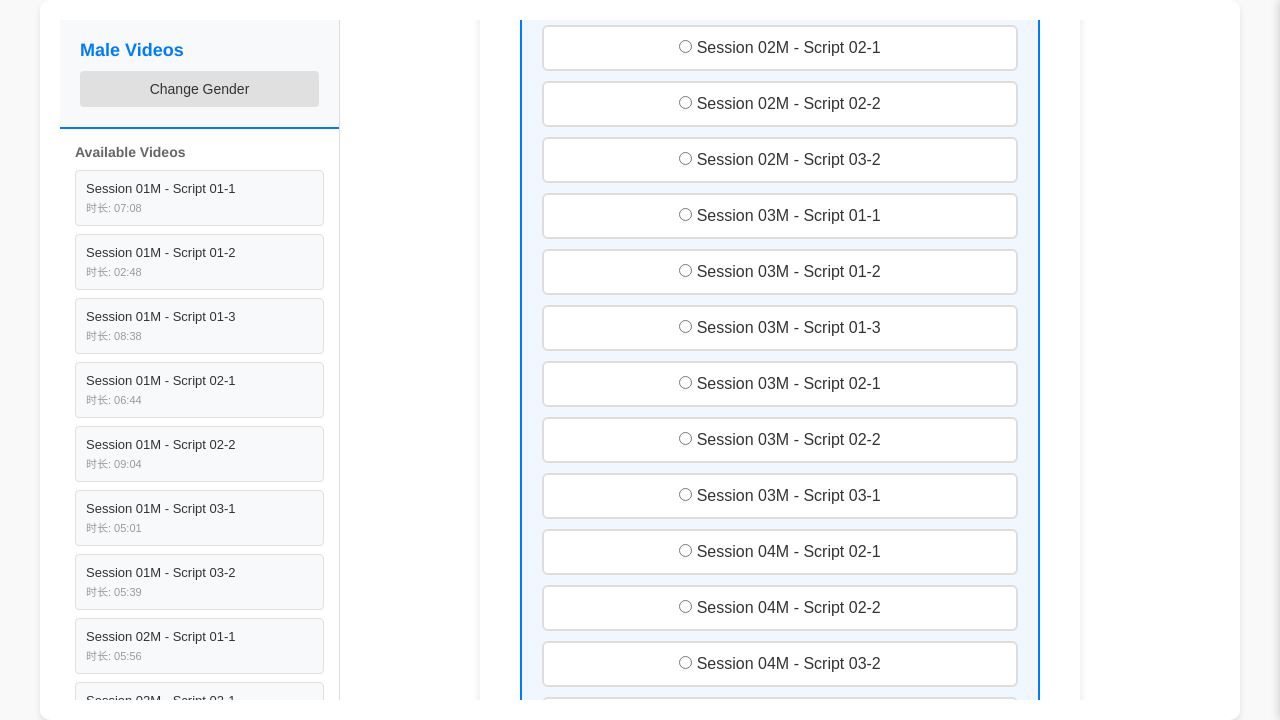
Repository: Matsuyou-Wang/MPES-system
Page: annotation.html
The author's editor kept a copy of each file at every save. The page is drawn from the files as they stood at one save, then again after the next save.
The browser window is 1280 px wide. The pictures show the whole page.
An inner scrolling area shows only its first screen.

Above is the page before, as saved 2025-11-25 13:27:17.

### annotation.html
<!DOCTYPE html>
<html lang="en">
<head>
    <meta charset="UTF-8">
    <meta name="viewport" content="width=device-width, initial-scale=1.0">
    <title>Empathy Assessment System - Video Rating</title>
    <link rel="stylesheet" href="styles.css">
</head>
<body>
    <div class="container">
        <!-- Sidebar: Video Library -->
        <aside class="sidebar">
            <div class="sidebar-header">
                <h2 id="genderTitle">Video Library</h2>
                <button id="changeGenderBtn" class="btn btn-secondary" style="margin-top: 10px; width: 100%;">Change Gender</button>
            </div>
            <div class="video-library">
                <h3>Available Videos</h3>
                <ul id="videoList" class="video-list">
                    <!-- Videos loaded dynamically -->
                </ul>
            </div>
        </aside>

        <!-- Main Content Area -->
        <main class="main-content">
            <!-- Initial Selection View -->
            <div id="selectionView" class="view active">
                <div class="welcome-box">
                    <h1>Empathy Assessment System</h1>
                    <p>Please select a video from the library on the left to start annotating</p>

                    <div class="video-selection-panel">
                        <h3>Quick Select Video</h3>
                        <div id="quickVideoList" class="quick-video-list">
                            <!-- Videos loaded dynamically here -->
                        </div>
                        <button id="startBtn" class="btn btn-primary" disabled>Start Annotation</button>
                    </div>

                    <div class="info-box">
                        <h3>Annotation Instructions</h3>
                        <ul>
                            <li>The video will pause automatically at key points</li>
                            <li>You will need to fill out a rating form for each segment</li>
                            <li>Rate the second speaker's empathy on 9 dimensions (1 = Not at all, 7 = Extensively)</li>
                            <li>After completion, you can continue playing or modify previous ratings</li>
                        </ul>
                    </div>
                </div>
            </div>

            <!-- Video Playing and Annotation View -->
            <div id="annotationView" class="view">
                <!-- Left: Video List Panel -->
                <div class="annotation-left-panel">
                    <h3>Video List</h3>
                    <ul id="annotationVideoList" class="annotation-video-list">
                        <!-- Videos loaded dynamically -->
                    </ul>
                </div>

                <!-- Center: Video Player -->
                <div class="annotation-center-panel">
                    <div class="video-player-container">
                        <video id="videoPlayer" class="video-player">
                            <source src="" type="video/mp4">
                            Your browser does not support video playback
                        </video>
                        <div class="video-controls">
                            <button id="playBtn" class="control-btn">Play</button>
                            <button id="pauseBtn" class="control-btn">Pause</button>
                            <span id="currentTime" class="time-display">00:00</span>
                            <span class="time-separator">/</span>
                            <span id="duration" class="time-display">00:00</span>
                            <div class="progress-bar">
                                <div id="progress" class="progress-fill"></div>
                            </div>
                        </div>
                    </div>
                </div>

                <!-- Right: Annotation History Panel -->
                <div class="annotation-right-panel">
                    <h3>Annotation Progress</h3>
                    <div id="historyList" class="history-list">
                        <!-- Annotation records added dynamically -->
                    </div>
                </div>
            </div>
        </main>
    </div>

    <!-- Annotation Questionnaire Modal -->
    <div id="annotationModal" class="modal">
        <div class="modal-content">
            <div class="modal-header">
                <h2>Annotation Form</h2>
                <span class="close-btn">&times;</span>
            </div>

            <div class="modal-body">
                <div class="timestamp-info">
                    <p>Video time: <span id="modalTimestamp">00:00</span></p>
                </div>

                <!-- Empathy Assessment Section -->
                <div class="scale-section">
                    <p class="section-description">Please rate the second speaker on each dimension below on a scale from 1 (Not at all) to 7 (Extensively).</p>

                    <!-- Question 1: Concern -->
                    <div class="empathy-question">
                        <p>The second speaker shows genuine concern and interest in the first speaker's situation and well-being.</p>
                        <div class="likert-scale">
                            <label><input type="radio" name="concern" value="1"> 1 - Not at all</label>
                            <label><input type="radio" name="concern" value="2"> 2 - A little</label>
                            <label><input type="radio" name="concern" value="3"> 3 - Infrequently</label>
                            <label><input type="radio" name="concern" value="4"> 4 - Somewhat</label>
                            <label><input type="radio" name="concern" value="5"> 5 - Quite a bit</label>
                            <label><input type="radio" name="concern" value="6"> 6 - Considerably</label>
                            <label><input type="radio" name="concern" value="7"> 7 - Extensively</label>
                        </div>
                    </div>

                    <!-- Question 2: Expressiveness -->
                    <div class="empathy-question">
                        <p>The second speaker uses vocal tone, energy, and pacing that fit the first speaker's emotional state.</p>
                        <div class="likert-scale">
                            <label><input type="radio" name="expressiveness" value="1"> 1 - Not at all</label>
                            <label><input type="radio" name="expressiveness" value="2"> 2 - A little</label>
                            <label><input type="radio" name="expressiveness" value="3"> 3 - Infrequently</label>
                            <label><input type="radio" name="expressiveness" value="4"> 4 - Somewhat</label>
                            <label><input type="radio" name="expressiveness" value="5"> 5 - Quite a bit</label>
                            <label><input type="radio" name="expressiveness" value="6"> 6 - Considerably</label>
                            <label><input type="radio" name="expressiveness" value="7"> 7 - Extensively</label>
                        </div>
                    </div>

                    <!-- Question 3: Emotional Resonance -->
                    <div class="empathy-question">
                        <p>The second speaker sensitively reflects the intensity of the first speaker's emotions.</p>
                        <div class="likert-scale">
                            <label><input type="radio" name="emotional_resonance" value="1"> 1 - Not at all</label>
                            <label><input type="radio" name="emotional_resonance" value="2"> 2 - A little</label>
                            <label><input type="radio" name="emotional_resonance" value="3"> 3 - Infrequently</label>
                            <label><input type="radio" name="emotional_resonance" value="4"> 4 - Somewhat</label>
                            <label><input type="radio" name="emotional_resonance" value="5"> 5 - Quite a bit</label>
                            <label><input type="radio" name="emotional_resonance" value="6"> 6 - Considerably</label>
                            <label><input type="radio" name="emotional_resonance" value="7"> 7 - Extensively</label>
                        </div>
                    </div>

                    <!-- Question 4: Warmth -->
                    <div class="empathy-question">
                        <p>The second speaker speaks in a warm, sincere, and supportive manner toward the first speaker.</p>
                        <div class="likert-scale">
                            <label><input type="radio" name="warmth" value="1"> 1 - Not at all</label>
                            <label><input type="radio" name="warmth" value="2"> 2 - A little</label>
                            <label><input type="radio" name="warmth" value="3"> 3 - Infrequently</label>
                            <label><input type="radio" name="warmth" value="4"> 4 - Somewhat</label>
                            <label><input type="radio" name="warmth" value="5"> 5 - Quite a bit</label>
                            <label><input type="radio" name="warmth" value="6"> 6 - Considerably</label>
                            <label><input type="radio" name="warmth" value="7"> 7 - Extensively</label>
                        </div>
                    </div>

                    <!-- Question 5: Attunement -->
                    <div class="empathy-question">
                        <p>The second speaker notices and responds to subtle changes in the first speaker's mood, meaning, or emotional cues.</p>
                        <div class="likert-scale">
                            <label><input type="radio" name="attunement" value="1"> 1 - Not at all</label>
                            <label><input type="radio" name="attunement" value="2"> 2 - A little</label>
                            <label><input type="radio" name="attunement" value="3"> 3 - Infrequently</label>
                            <label><input type="radio" name="attunement" value="4"> 4 - Somewhat</label>
                            <label><input type="radio" name="attunement" value="5"> 5 - Quite a bit</label>
                            <label><input type="radio" name="attunement" value="6"> 6 - Considerably</label>
                            <label><input type="radio" name="attunement" value="7"> 7 - Extensively</label>
                        </div>
                    </div>

                    <!-- Question 6: Cognitive Understanding -->
                    <div class="empathy-question">
                        <p>The second speaker accurately understands what the first speaker is thinking and restates it clearly and without distortion.</p>
                        <div class="likert-scale">
                            <label><input type="radio" name="cognitive_understanding" value="1"> 1 - Not at all</label>
                            <label><input type="radio" name="cognitive_understanding" value="2"> 2 - A little</label>
                            <label><input type="radio" name="cognitive_understanding" value="3"> 3 - Infrequently</label>
                            <label><input type="radio" name="cognitive_understanding" value="4"> 4 - Somewhat</label>
                            <label><input type="radio" name="cognitive_understanding" value="5"> 5 - Quite a bit</label>
                            <label><input type="radio" name="cognitive_understanding" value="6"> 6 - Considerably</label>
                            <label><input type="radio" name="cognitive_understanding" value="7"> 7 - Extensively</label>
                        </div>
                    </div>

                    <!-- Question 7: Understanding of Feelings -->
                    <div class="empathy-question">
                        <p>The second speaker demonstrates an accurate understanding of the first speaker's emotions and inner experiences.</p>
                        <div class="likert-scale">
                            <label><input type="radio" name="understanding_feelings" value="1"> 1 - Not at all</label>
                            <label><input type="radio" name="understanding_feelings" value="2"> 2 - A little</label>
                            <label><input type="radio" name="understanding_feelings" value="3"> 3 - Infrequently</label>
                            <label><input type="radio" name="understanding_feelings" value="4"> 4 - Somewhat</label>
                            <label><input type="radio" name="understanding_feelings" value="5"> 5 - Quite a bit</label>
                            <label><input type="radio" name="understanding_feelings" value="6"> 6 - Considerably</label>
                            <label><input type="radio" name="understanding_feelings" value="7"> 7 - Extensively</label>
                        </div>
                    </div>

                    <!-- Question 8: Acceptance -->
                    <div class="empathy-question">
                        <p>The second speaker validates the first speaker's emotions without judging, dismissing, or minimizing them.</p>
                        <div class="likert-scale">
                            <label><input type="radio" name="acceptance" value="1"> 1 - Not at all</label>
                            <label><input type="radio" name="acceptance" value="2"> 2 - A little</label>
                            <label><input type="radio" name="acceptance" value="3"> 3 - Infrequently</label>
                            <label><input type="radio" name="acceptance" value="4"> 4 - Somewhat</label>
                            <label><input type="radio" name="acceptance" value="5"> 5 - Quite a bit</label>
                            <label><input type="radio" name="acceptance" value="6"> 6 - Considerably</label>
                            <label><input type="radio" name="acceptance" value="7"> 7 - Extensively</label>
                        </div>
                    </div>

                    <!-- Question 9: Responsiveness -->
                    <div class="empathy-question">
                        <p>The second speaker adapts replies in real time according to what the first speaker says, rather than pushing a fixed agenda.</p>
                        <div class="likert-scale">
                            <label><input type="radio" name="responsiveness" value="1"> 1 - Not at all</label>
                            <label><input type="radio" name="responsiveness" value="2"> 2 - A little</label>
                            <label><input type="radio" name="responsiveness" value="3"> 3 - Infrequently</label>
                            <label><input type="radio" name="responsiveness" value="4"> 4 - Somewhat</label>
                            <label><input type="radio" name="responsiveness" value="5"> 5 - Quite a bit</label>
                            <label><input type="radio" name="responsiveness" value="6"> 6 - Considerably</label>
                            <label><input type="radio" name="responsiveness" value="7"> 7 - Extensively</label>
                        </div>
                    </div>
                </div>
            </div>

            <div class="modal-footer">
                <button id="clearBtn" class="btn btn-secondary">Clear</button>
                <button id="confirmBtn" class="btn btn-primary">Confirm</button>
            </div>
        </div>
    </div>

    <!-- Edit Panel -->
    <div id="editPanel" class="edit-panel hidden">
        <div class="edit-panel-header">
            <h3>Edit Annotation</h3>
            <button class="close-edit-panel">&times;</button>
        </div>
        <div id="editList" class="edit-list">
            <!-- Edit items generated dynamically -->
        </div>
    </div>

    <script src="data/videos-extended.js"></script>
    <script src="data/annotation-config.js"></script>
    <script src="data/dialog-data.js"></script>
    <script src="js/data-manager.js"></script>
    <script src="js/app.js"></script>
    <script src="js/tester.js"></script>
    <script>
        // 性别选择功能
        function goBack() {
            window.location.href = 'gender-selection.html';
        }

        // 获取URL参数
        function getUrlParameter(name) {
            name = name.replace(/[\[]/, '\\[').replace(/[\]]/, '\\]');
            var regex = new RegExp('[\\?&]' + name + '=([^&#]*)');
            var results = regex.exec(location.search);
            return results === null ? '' : decodeURIComponent(results[1].replace(/\+/g, ' '));
        }

        // 根据性别加载视频
        window.addEventListener('DOMContentLoaded', function() {
            const selectedGender = getUrlParameter('gender') || localStorage.getItem('selectedGender') || 'male';

            if (typeof ALL_VIDEOS !== 'undefined') {
                // 更新标题
                const genderTitle = document.getElementById('genderTitle');
                if (genderTitle) {
                    genderTitle.textContent = selectedGender === 'male' ? 'Male Videos' : 'Female Videos';
                }

                // 根据性别加载对应的视频
                if (selectedGender === 'male' && ALL_VIDEOS.male) {
                    window.videos = ALL_VIDEOS.male;
                } else if (selectedGender === 'female' && ALL_VIDEOS.female) {
                    window.videos = ALL_VIDEOS.female;
                } else {
                    // 默认使用男性视频
                    window.videos = ALL_VIDEOS.male || [];
                }

                // 存储当前选择
                localStorage.setItem('selectedGender', selectedGender);
            }

            // 初始化注释系统
            try {
                console.log('正在初始化注释系统...');
                if (typeof AnnotationSystem !== 'undefined') {
                    window.annotationSystem = new AnnotationSystem();
                    console.log('注释系统初始化成功');
                } else {
                    console.error('AnnotationSystem 类未找到');
                }
            } catch (error) {
                console.error('初始化注释系统时出错:', error);
            }

            // 绑定Change Gender按钮事件
            const changeGenderBtn = document.getElementById('changeGenderBtn');
            if (changeGenderBtn) {
                changeGenderBtn.addEventListener('click', goBack);
                console.log('Change Gender 按钮事件已绑定');
            } else {
                console.error('找不到Change Gender按钮');
            }
        });
    </script>
</body>
</html>

Loaded but not shown: data/dialog-data.js (2618 lines, source omitted); js/app.js (472 lines, source omitted); data/videos-extended.js (80 lines, source omitted); js/tester.js (194 lines, source omitted); js/data-manager.js (174 lines, source omitted); data/annotation-config.js (50 lines, source omitted); styles.css (1036 lines, source omitted)

After the next save:
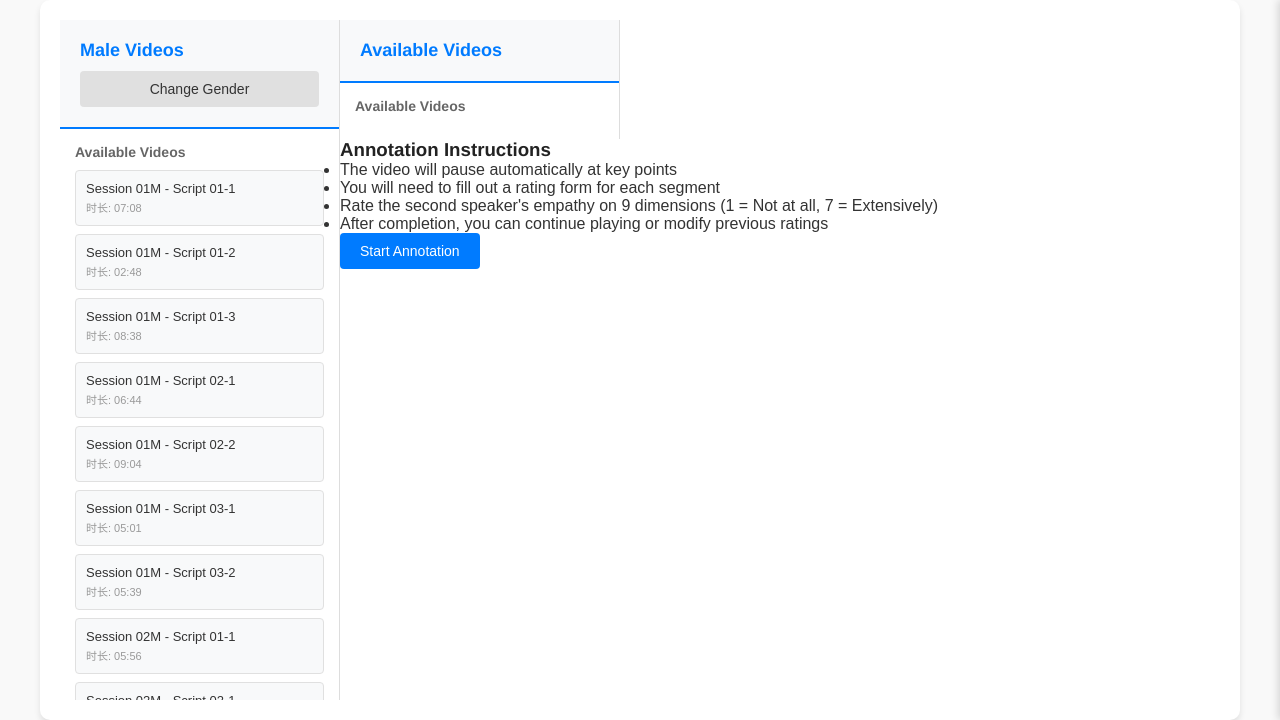
Console error: TypeError: Cannot read properties of null (reading 'addEventListener')
Saved 3 min 21 s later.
--- a/annotation.html
+++ b/annotation.html
@@ -24,69 +24,29 @@
 
         <!-- Main Content Area -->
         <main class="main-content">
-            <!-- Initial Selection View -->
-            <div id="selectionView" class="view active">
-                <div class="welcome-box">
-                    <h1>Empathy Assessment System</h1>
-                    <p>Please select a video from the library on the left to start annotating</p>
-
-                    <div class="video-selection-panel">
-                        <h3>Quick Select Video</h3>
-                        <div id="quickVideoList" class="quick-video-list">
-                            <!-- Videos loaded dynamically here -->
-                        </div>
-                        <button id="startBtn" class="btn btn-primary" disabled>Start Annotation</button>
-                    </div>
-
-                    <div class="info-box">
-                        <h3>Annotation Instructions</h3>
-                        <ul>
-                            <li>The video will pause automatically at key points</li>
-                            <li>You will need to fill out a rating form for each segment</li>
-                            <li>Rate the second speaker's empathy on 9 dimensions (1 = Not at all, 7 = Extensively)</li>
-                            <li>After completion, you can continue playing or modify previous ratings</li>
-                        </ul>
-                    </div>
-                </div>
-            </div>
-
-            <!-- Video Playing and Annotation View -->
-            <div id="annotationView" class="view">
-                <!-- Left: Video List Panel -->
-                <div class="annotation-left-panel">
-                    <h3>Video List</h3>
-                    <ul id="annotationVideoList" class="annotation-video-list">
+            <!-- 左侧: 视频库 -->
+            <aside class="sidebar">
+                <div class="sidebar-header">
+                    <h2 id="genderTitle">Available Videos</h2>
+                </div>
+                <div class="video-library">
+                    <h3>Available Videos</h3>
+                    <ul id="videoList" class="video-list">
                         <!-- Videos loaded dynamically -->
                     </ul>
                 </div>
-
-                <!-- Center: Video Player -->
-                <div class="annotation-center-panel">
-                    <div class="video-player-container">
-                        <video id="videoPlayer" class="video-player">
-                            <source src="" type="video/mp4">
-                            Your browser does not support video playback
-                        </video>
-                        <div class="video-controls">
-                            <button id="playBtn" class="control-btn">Play</button>
-                            <button id="pauseBtn" class="control-btn">Pause</button>
-                            <span id="currentTime" class="time-display">00:00</span>
-                            <span class="time-separator">/</span>
-                            <span id="duration" class="time-display">00:00</span>
-                            <div class="progress-bar">
-                                <div id="progress" class="progress-fill"></div>
-                            </div>
-                        </div>
-                    </div>
-                </div>
-
-                <!-- Right: Annotation History Panel -->
-                <div class="annotation-right-panel">
-                    <h3>Annotation Progress</h3>
-                    <div id="historyList" class="history-list">
-                        <!-- Annotation records added dynamically -->
-                    </div>
-                </div>
+            </aside>
+
+            <!-- 右侧: 注释说明 -->
+            <div class="annotation-instructions">
+                <h3>Annotation Instructions</h3>
+                <ul>
+                    <li>The video will pause automatically at key points</li>
+                    <li>You will need to fill out a rating form for each segment</li>
+                    <li>Rate the second speaker's empathy on 9 dimensions (1 = Not at all, 7 = Extensively)</li>
+                    <li>After completion, you can continue playing or modify previous ratings</li>
+                </ul>
+                <button id="startBtn" class="btn btn-primary" disabled>Start Annotation</button>
             </div>
         </main>
     </div>
